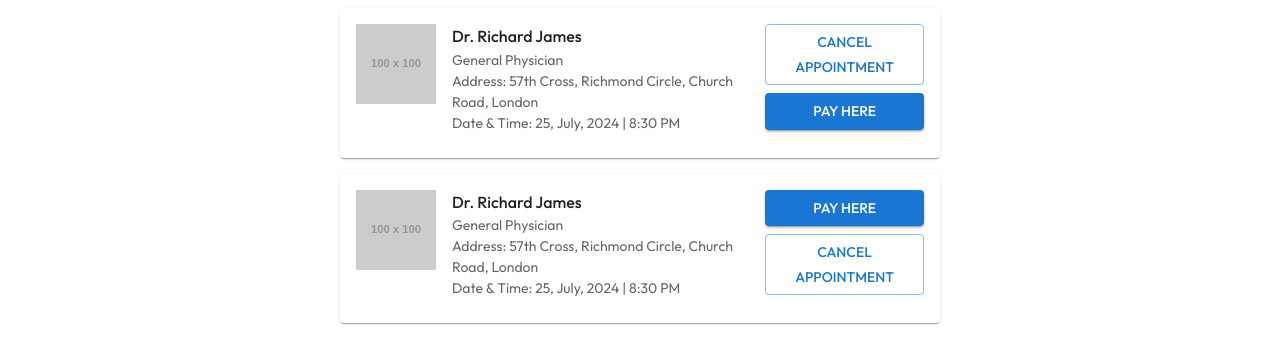
Repository: Ali-Dmerdash/DEPI_GRAD
Page: /
The author's editor kept a copy of each file at every save. The page is drawn from the files as they stood at one save, then again after a run of saves.
The browser window is 1280 px wide. The pictures show the whole page.
The project was rebuilt for these pictures with package versions that can differ from the ones it lists, and the page was loaded fresh each time. Also part of the build but not shown: vite.config.ts.

Above is the page before, as saved 2024-10-08 20:35:42.

### src/App.tsx
import "./App.css";
import "react-router-dom";
import { library } from "@fortawesome/fontawesome-svg-core";
import { fab } from "@fortawesome/free-brands-svg-icons";
import { fas } from "@fortawesome/free-solid-svg-icons";
import { far } from "@fortawesome/free-regular-svg-icons";
import Myappointment from "./pages/myappointment";

function App() {
  return (
    <>
      <Myappointment />
    </>
  );
}

export default App;
library.add(fab, fas, far);

### src/index.css
@import url("https://fonts.googleapis.com/css2?family=Outfit:wght@100..900&display=swap");

body {
  font-family: "Outfit", sans-serif;
  color: var(--text-color);
}

:root {
  --primary-color: #07456f;
  --secondary-color: #009f9d;
  --text-color: #0f0a3c;
  --card-button-color: #ace6f6;
  --border-color: #adadad;
}

### src/App.css
@import "./App.css";

body {
  color: var(--text-color);
}

### src/pages/myappointment/index.tsx
import React from "react";
import { Box, Card, CardContent, Typography, Button } from "@mui/material";

const MyAppointment: React.FC = () => {
  return (
    <Box sx={{ maxWidth: 600, margin: "0 auto" }}>
      <Card sx={{ marginBottom: 2 }}>
        <CardContent>
          <Box display="flex" alignItems="flex-start">
            <img
              src="https://via.placeholder.com/100"
              alt="Doctor"
              style={{ width: "80px", height: "80px", marginRight: "16px" }}
            />
            <Box flexGrow={1}>
              <Typography variant="h6" fontSize="16px">
                Dr. Richard James
              </Typography>
              <Typography color="textSecondary" fontSize="14px">
                General Physician
              </Typography>
              <Typography color="textSecondary" fontSize="14px">
                Address: 57th Cross, Richmond Circle, Church Road, London
              </Typography>
              <Typography color="textSecondary" fontSize="14px">
                Date & Time: 25, July, 2024 | 8:30 PM
              </Typography>
            </Box>
            <Box
              display="flex"
              flexDirection="column"
              justifyContent="flex-end"
            >
              <Button
                variant="outlined"
                color="primary"
                sx={{ marginBottom: 1 }}
              >
                Cancel appointment
              </Button>
              <Button variant="contained" color="primary">
                Pay here
              </Button>
            </Box>
          </Box>
        </CardContent>
      </Card>

      <Card>
        <CardContent>
          <Box display="flex" alignItems="flex-start">
            <img
              src="https://via.placeholder.com/100"
              alt="Doctor"
              style={{ width: "80px", height: "80px", marginRight: "16px" }}
            />
            <Box flexGrow={1}>
              <Typography variant="h6" fontSize="16px">
                Dr. Richard James
              </Typography>
              <Typography color="textSecondary" fontSize="14px">
                General Physician
              </Typography>
              <Typography color="textSecondary" fontSize="14px">
                Address: 57th Cross, Richmond Circle, Church Road, London
              </Typography>
              <Typography color="textSecondary" fontSize="14px">
                Date & Time: 25, July, 2024 | 8:30 PM
              </Typography>
            </Box>
            <Box
              display="flex"
              flexDirection="column"
              justifyContent="flex-end"
            >
              <Button variant="contained" color="primary">
                Pay here
              </Button>
              <Button variant="outlined" color="primary" sx={{ marginTop: 1 }}>
                Cancel appointment
              </Button>
            </Box>
          </Box>
        </CardContent>
      </Card>
    </Box>
  );
};

export default MyAppointment;

Loaded but not shown: index.html (common file); src/main.tsx (common file)

After the next 2 saves:
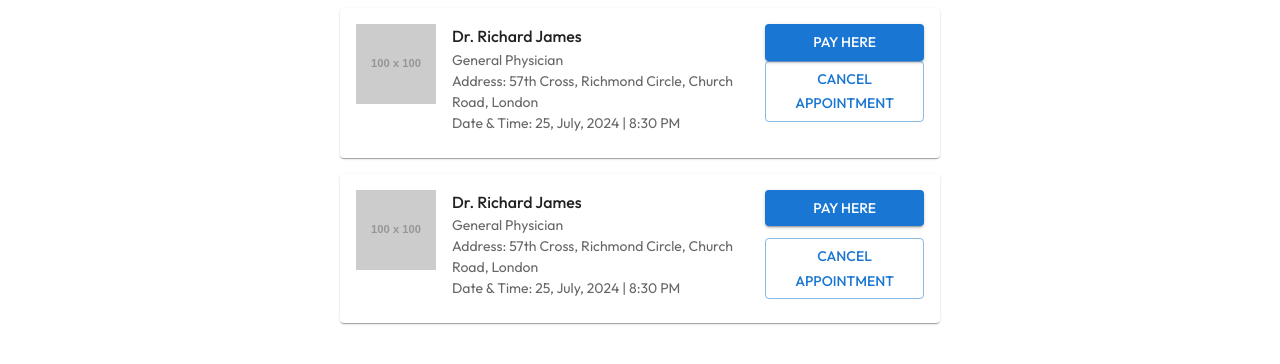
The 2 saves are shown as one change because they came seconds apart.
The last was saved 28 s later.
--- a/src/pages/myappointment/index.tsx
+++ b/src/pages/myappointment/index.tsx
@@ -31,15 +31,15 @@ const MyAppointment: React.FC = () => {
               flexDirection="column"
               justifyContent="flex-end"
             >
+              <Button variant="contained" color="primary">
+                Pay here
+              </Button>
               <Button
                 variant="outlined"
                 color="primary"
-                sx={{ marginBottom: 1 }}
+                sx={{ marginBottom: 1.5 }}
               >
                 Cancel appointment
-              </Button>
-              <Button variant="contained" color="primary">
-                Pay here
               </Button>
             </Box>
           </Box>
@@ -76,7 +76,11 @@ const MyAppointment: React.FC = () => {
               <Button variant="contained" color="primary">
                 Pay here
               </Button>
-              <Button variant="outlined" color="primary" sx={{ marginTop: 1 }}>
+              <Button
+                variant="outlined"
+                color="primary"
+                sx={{ marginTop: 1.5 }}
+              >
                 Cancel appointment
               </Button>
             </Box>
